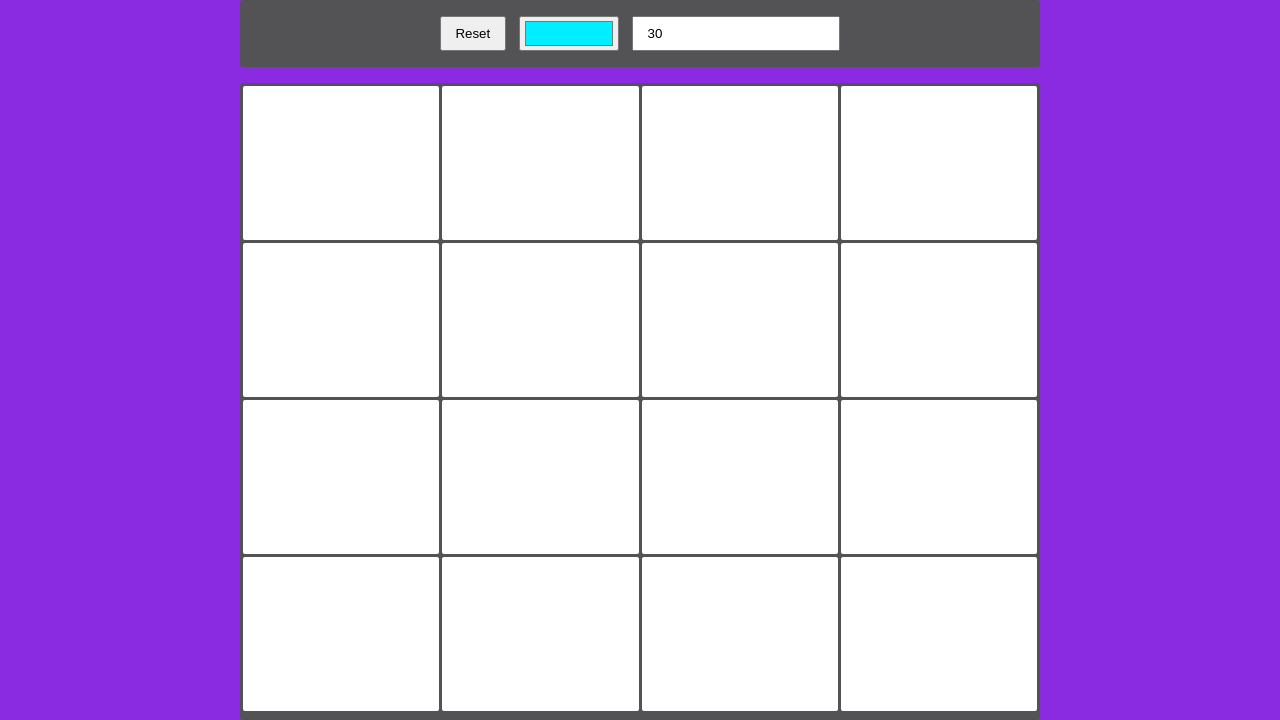
Repository: Larrowo/Challenges
Page: Pixel-Art/index.html
An editor plug-in stored every save of this project. The page is shown before and after the next save, followed by the edit.
The browser window is 1280 px wide. The pictures show the whole page.

Above is the page before, as saved 2022-04-20 12:34:05.

After the next save:
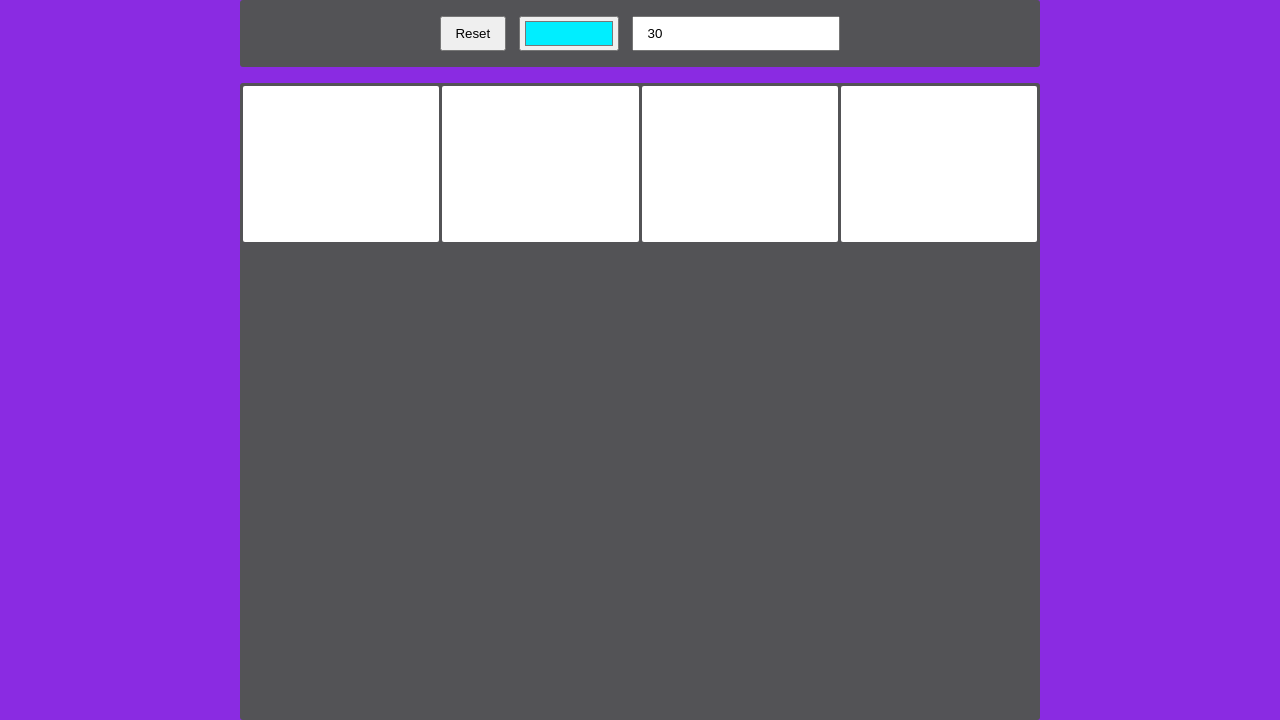
Saved 16 s later.
--- a/Pixel-Art/index.html
+++ b/Pixel-Art/index.html
@@ -17,26 +17,6 @@
         <input type="number" value="30" class="size">
     </div>
     <div class="container">
-        <div class="pixel"></div>
-        <div class="pixel"></div>
-        <div class="pixel"></div>
-        <div class="pixel"></div>
-        <div class="pixel"></div>
-        <div class="pixel"></div>
-        <div class="pixel"></div>
-        <div class="pixel"></div>
-        <div class="pixel"></div>
-        <div class="pixel"></div>
-        <div class="pixel"></div>
-        <div class="pixel"></div>
-        <div class="pixel"></div>
-        <div class="pixel"></div>
-        <div class="pixel"></div>
-        <div class="pixel"></div>
-        <div class="pixel"></div>
-        <div class="pixel"></div>
-        <div class="pixel"></div>
-        <div class="pixel"></div>
     </div>
 </body>
 
